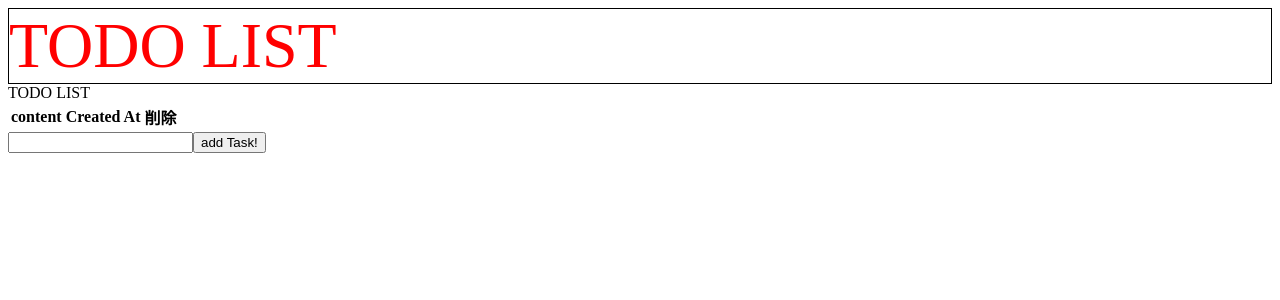
Repository: WistreHosshii/hacathon_todolList
Page: /
An editor plug-in stored every save of this project. The page is shown before and after the next save, followed by the edit.
The browser window is 1280 px wide. The pictures show the whole page.
The page's requests for data from a server got no answer. The project was rebuilt for these pictures with package versions that can differ from the ones it lists, and the page was loaded fresh each time. No one was signed in, and anything a server would have sent is missing.

Above is the page before, as saved 2019-06-10 23:40:43.

### index.html
<!DOCTYPE html>
<html lang="ja">

<head>
    <meta charset="UTF-8">
    <meta name="viewport" content="width=device-width, initial-scale=1.0">
    <meta http-equiv="X-UA-Compatible" content="ie=edge">
    <title>Document</title>
    <!-- <link rel="stylesheet" href="./index.css"> -->
</head>

<body>
    <div id="root"></div>
    <script src="./index.tsx"></script>
</body>

</html>

### App.tsx
import React, { Component } from 'react';
import { get, post, deleteTask } from './axios';
import styled from 'styled-components';

const CustomizedText = styled.div`
  font-size: 4rem;
  color: red;
  border: 1px solid black;
`;

interface Props {}
interface State {
  todos: Todo[];
  value: string;
}

export default class App extends Component<Props, State> {
  constructor(props: any) {
    super(props);
    this.state = {
      todos: [],
      value: '',
    };
    this.handleChange = this.handleChange.bind(this);
  }

  componentDidMount() {
    get().then(response => {
      const todos: Todo[] = response.data.todos;
      this.setState({ todos });
    });
  }
  addTaskHandler() {
    if (this.state.value !== '') {
      post(this.state.value).then(response => {
        const todo: Todo = response.data;
        this.setState(state => ({ todos: [...state.todos, todo] }));
        this.setState({ value: '' });
      });
    }
  }
  deleteTaskHandler(id: string) {
    deleteTask(id).then(response => {
      const todos = this.state.todos.filter(v => v.id !== id);
      this.setState({ todos });
    });
  }
  handleChange(event: any) {
    this.setState({ value: event.target.value });
  }

  render() {
    return (
      <div>
        <div className="todoList">
          <CustomizedText>TODO LIST</CustomizedText>
          <div className="title">TODO LIST</div>
          <div className="contents">
            <table>
              <tbody>
                <tr>
                  <th>content</th>
                  <th>Created At</th>
                  <th>削除</th>
                </tr>

                {this.state.todos.reverse().map((todo, i) => {
                  return (
                    <tr key={i}>
                      <td>{todo.content}</td>
                      <td>{new Date(todo.createdAt).toLocaleString()}</td>
                      <td>
                        <button
                          onClick={() => {
                            this.deleteTaskHandler(todo.id);
                          }}
                        >
                          削除!
                        </button>
                      </td>
                    </tr>
                  );
                })}
              </tbody>
            </table>
          </div>
          <div className="computeTaskWrapper">
            <input type="text" value={this.state.value} onChange={this.handleChange} />
            <button
              className="btn"
              onClick={() => {
                this.addTaskHandler();
              }}
            >
              add Task!
            </button>
          </div>
        </div>
      </div>
    );
  }
}

### axios.tsx
import axios from 'axios';
import App from './App';

const url = 'http://hackathon-test-server.jichoup.trap.show/';
export const get = () => {
  return axios.get(url);
};
export const post = (value: string) => {
  const content: TodoList.Post.Request = { content: value };
  return axios.post(url, content);
};
export const deleteTask = (_id: string) => {
  const id: TodoList.Delete.Request = { id: _id };
  return axios.delete(url, { data: id });
};

Loaded but not shown: index.tsx (common file)

After the next save:
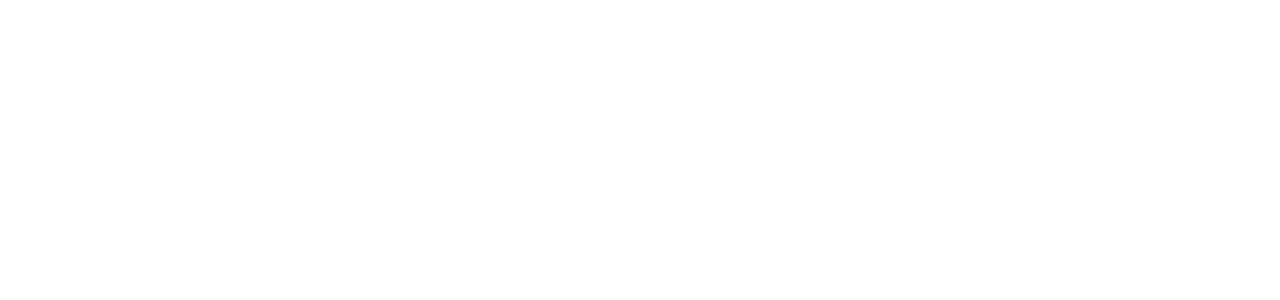
Console error: TypeError: import_styled_components.default.class is not a function
Saved 2 min 7 s later.
--- a/App.tsx
+++ b/App.tsx
@@ -8,6 +8,7 @@
   border: 1px solid black;
 `;
 
+const Body = styled.class``;
 interface Props {}
 interface State {
   todos: Todo[];

After the save that followed:
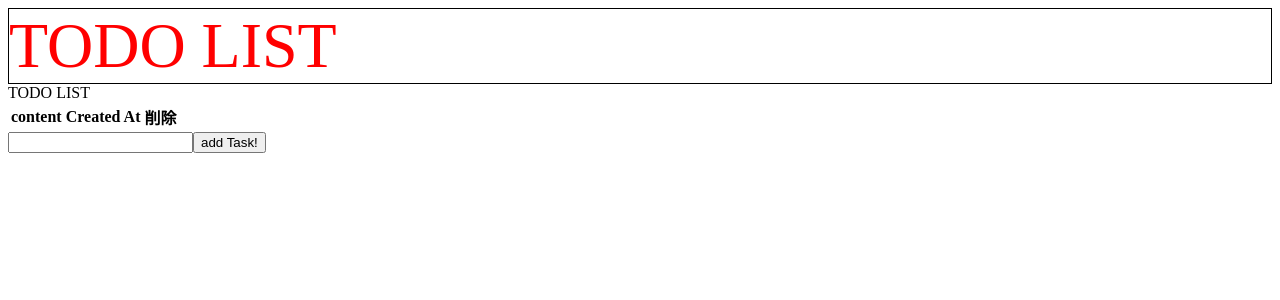
The error is gone.
Saved 22 s later.
--- a/App.tsx
+++ b/App.tsx
@@ -7,8 +7,6 @@
   color: red;
   border: 1px solid black;
 `;
-
-const Body = styled.class``;
 interface Props {}
 interface State {
   todos: Todo[];
